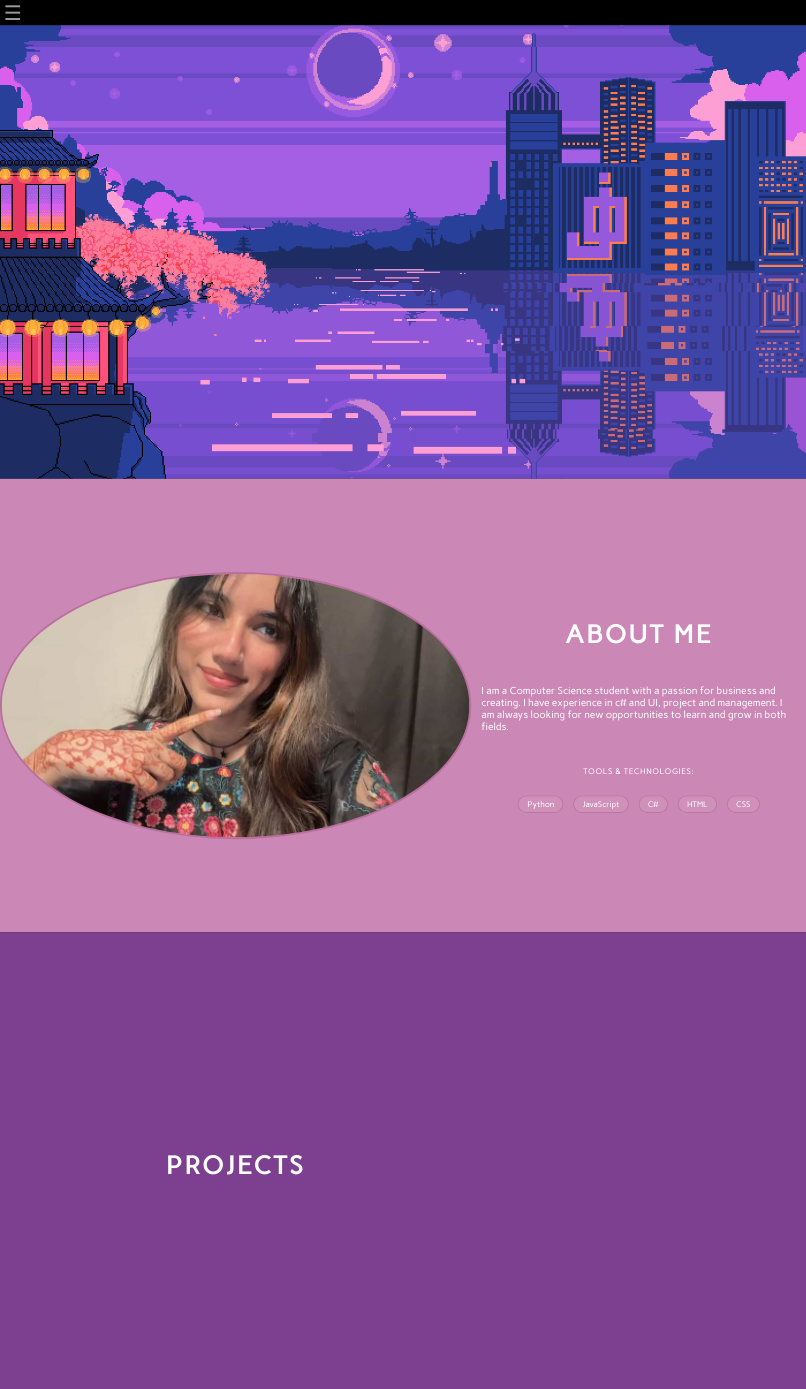
Repository: Rameen-A/Rameen-A
Page: index.html
These files come from the project's save history. The page is drawn as it stood at one moment and after the next save; the edit follows.
The browser window is 1280 px wide. The pictures show the whole page, at 63% of full size.

Above is the page before, as saved 2026-05-05 14:22:28.

After the next save:
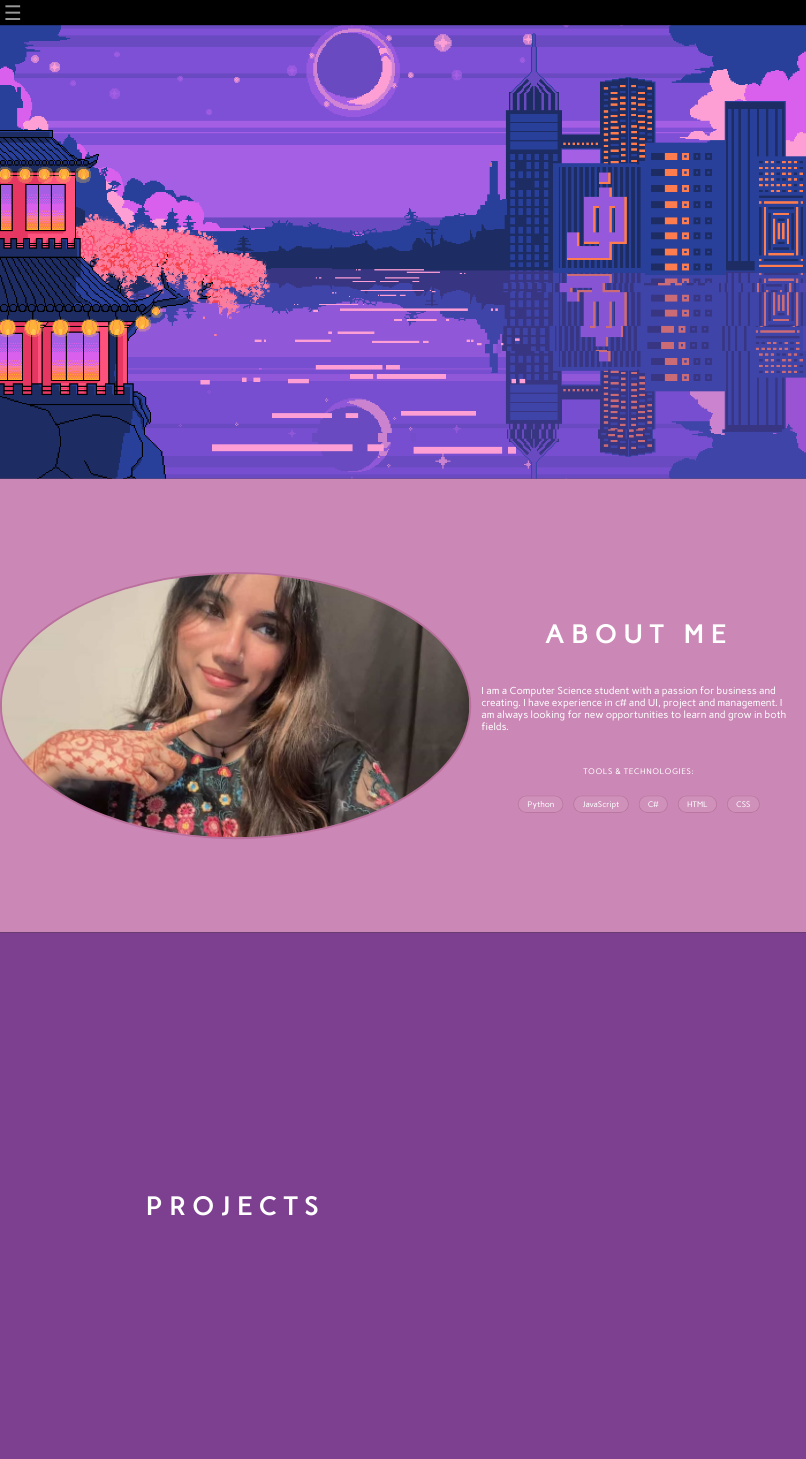
Saved 4 min 34 s later.
--- a/styles/index.css
+++ b/styles/index.css
@@ -70,7 +70,7 @@ article {
 .about h2 {
   font-size: 1.75rem;
   margin-bottom: 1rem;
-  letter-spacing: 0.1em;
+  letter-spacing: 0.3em;
   text-transform: uppercase;
 }
 .about-content {
@@ -124,12 +124,15 @@ article {
   min-height: 100vh;
   background-color: rgb(125, 64, 144);
   align-items: center;
+  padding-top: 4rem;
+  padding-bottom: 3rem;
 }
 .projects h2 {
   font-size: 1.75rem;
   margin-bottom: 1rem;
-  letter-spacing: 0.1em;
+  letter-spacing: 0.3em;
   text-transform: uppercase;
+
 }
 
 .cards {
@@ -140,7 +143,7 @@ article {
   margin: 0 1rem;
   max-width: 500px;
   text-align: left;
-  min-height: 100vh;
+
 }
 .card {
   background-color: #e18de1;
@@ -154,6 +157,7 @@ article {
   gap: 1.5rem;
   margin: 0 1rem;
   max-width: 500px;
+
 }
 
 .card:hover {
